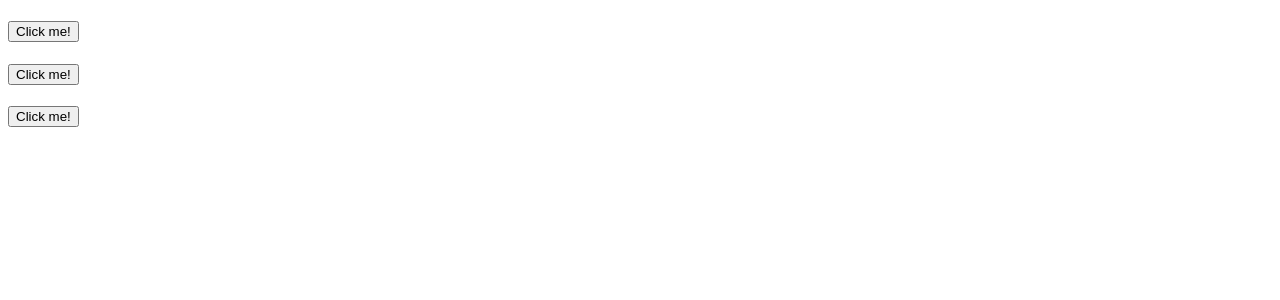
Repository: Jinontheclock/COMP3170_Assignment
Page: /
These files come from the project's save history. The page is drawn as it stood at one moment and after the next save; the edit follows.
The browser window is 1280 px wide. The pictures show the whole page.
The project was rebuilt for these pictures with package versions that can differ from the ones it lists, and the page was loaded fresh each time. Also part of the build but not shown: vite.config.js, src/index.css.

Above is the page before, as saved 2025-09-08 15:55:27.

### index.html
<!doctype html>
<html lang="en">
  <head>
    <meta charset="UTF-8" />
    <meta name="viewport" content="width=device-width, initial-scale=1.0" />
    <title>HAJIN A01403665</title>
  </head>
  <body>
    <div id="root"></div>
    <script type="module" src="/src/main.jsx"></script>
  </body>
</html>

### src/main.jsx
import React from "react";
import ReactDOM from "react-dom/client";
import App from "./App";
import "./index.css";
import books from "../data/books.json"

ReactDOM.createRoot(document.getElementById("root")).render(
  <React.StrictMode>
    <App />
  </React.StrictMode>
);

### src/App.jsx
function App(){
  return (
    <div>
      <Excerpt />
       <Excerpt />
        <Excerpt />

    </div>
  )
}

function Excerpt(props){
  return (
        <div>
      <h1>{props.title}</h1>
      <p>{props.body}</p>
      <button>Click me!</button>
    </div>)
}

export default App;

### data/books.json
[
    {
      "title": "Effective JavaScript",
      "subtitle": "68 Specific Ways to Harness the Power of JavaScript",
      "isbn13": "9780321812186",
      "price": "$21.99",
      "image": "https://itbook.store/img/books/9780321812186.png",
      "url": "https://itbook.store/books/9780321812186",
      "publisher": "Addison-Wesley",
      "language": "English"
    },
    {
      "title": "Beginning JavaScript, 3nd Edition",
      "subtitle": "The Ultimate Guide to Modern JavaScript Development",
      "isbn13": "9781484243947",
      "price": "$19.02",
      "image": "https://itbook.store/img/books/9781484243947.png",
      "url": "https://itbook.store/books/9781484243947",
      "publisher": "Apress",
      "language": "English"
    },
    {
      "title": "Learn Enough JavaScript to Be Dangerous",
      "subtitle": "Write Programs, Publish Packages, and Develop Interactive Websites with JavaScript",
      "isbn13": "9780137843749",
      "price": "$31.98",
      "image": "https://itbook.store/img/books/9780137843749.png",
      "url": "https://itbook.store/books/9780137843749",
      "publisher": "Addison-Wesley",
      "language": "English"
    },
    {
      "title": "Test-Driven JavaScript Development",
      "subtitle": "",
      "isbn13": "9780321683915",
      "price": "$10.29",
      "image": "https://itbook.store/img/books/9780321683915.png",
      "url": "https://itbook.store/books/9780321683915",
      "publisher": "Addison-Wesley",
      "language": "English"
    },
    {
      "title": "Learning JavaScript",
      "subtitle": "A Hands-On Guide to the Fundamentals of Modern JavaScript",
      "isbn13": "9780321832740",
      "price": "$8.99",
      "image": "https://itbook.store/img/books/9780321832740.png",
      "url": "https://itbook.store/books/9780321832740",
      "publisher": "Addison-Wesley",
      "language": "English"
    },
    {
      "title": "jQuery and JavaScript Phrasebook",
      "subtitle": "",
      "isbn13": "9780321918963",
      "price": "$14.48",
      "image": "https://itbook.store/img/books/9780321918963.png",
      "url": "https://itbook.store/books/9780321918963",
      "publisher": "Addison-Wesley",
      "language": "English"
    },
    {
      "title": "JavaScript: The Good Parts",
      "subtitle": "Unearthing the Excellence in JavaScript",
      "isbn13": "9780596517748",
      "price": "$4.37",
      "image": "https://itbook.store/img/books/9780596517748.png",
      "url": "https://itbook.store/books/9780596517748",
      "publisher": "O'Reilly",
      "language": "English"
    },
    {
      "title": "Head First JavaScript",
      "subtitle": "A Learner's Companion to JavaScript",
      "isbn13": "9780596527747",
      "price": "$7.72",
      "image": "https://itbook.store/img/books/9780596527747.png",
      "url": "https://itbook.store/books/9780596527747",
      "publisher": "O'Reilly",
      "language": "English"
    },
    {
      "title": "High Performance JavaScript",
      "subtitle": "Build Faster Web Application Interfaces",
      "isbn13": "9780596802790",
      "price": "$19.59",
      "image": "https://itbook.store/img/books/9780596802790.png",
      "url": "https://itbook.store/books/9780596802790",
      "publisher": "O'Reilly",
      "language": "English"
    },
    {
      "title": "Building iPhone Apps with HTML, CSS, and JavaScript",
      "subtitle": "Making App Store Apps Without Objective-C or Cocoa",
      "isbn13": "9780596805784",
      "price": "$5.00",
      "image": "https://itbook.store/img/books/9780596805784.png",
      "url": "https://itbook.store/books/9780596805784",
      "publisher": "O'Reilly",
      "language": "English"
    }

  ]

After the next save:
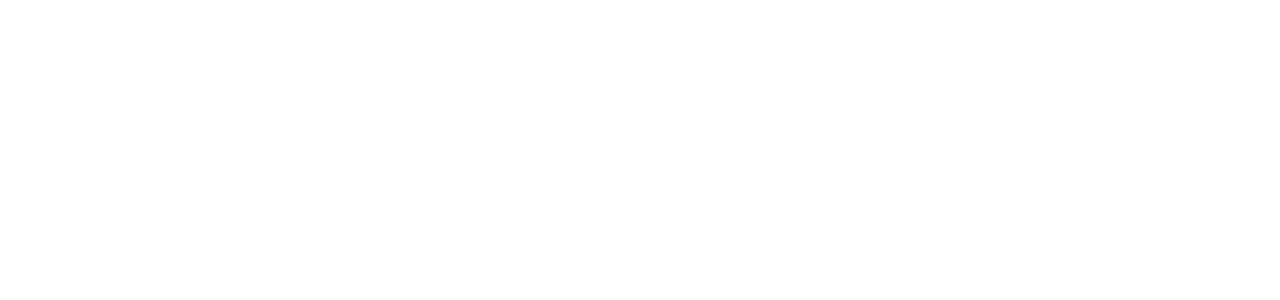
Console error: ReferenceError: wow is not defined
Saved 39 s later.
--- a/src/App.jsx
+++ b/src/App.jsx
@@ -1,7 +1,7 @@
 function App(){
   return (
     <div>
-      <Excerpt />
+      <Excerpt title={wow} />
        <Excerpt />
         <Excerpt />
 

After the save that followed:
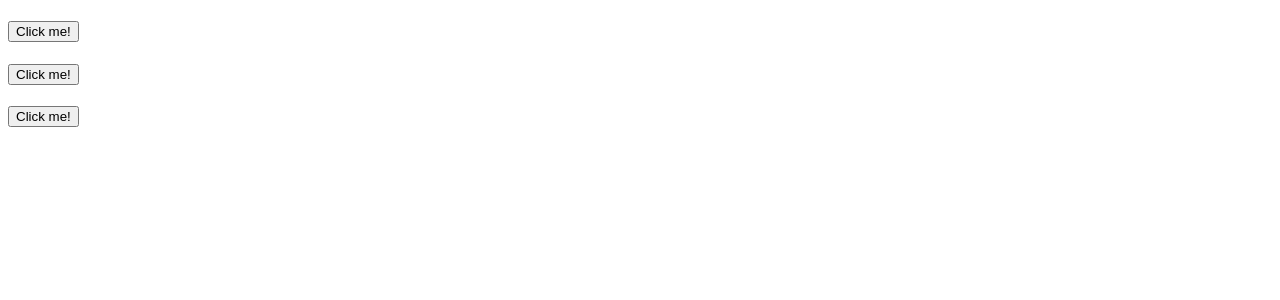
The error is gone.
Saved 7 s later.
--- a/src/App.jsx
+++ b/src/App.jsx
@@ -1,7 +1,7 @@
 function App(){
   return (
     <div>
-      <Excerpt title={wow} />
+      <Excerpt />
        <Excerpt />
         <Excerpt />
 
